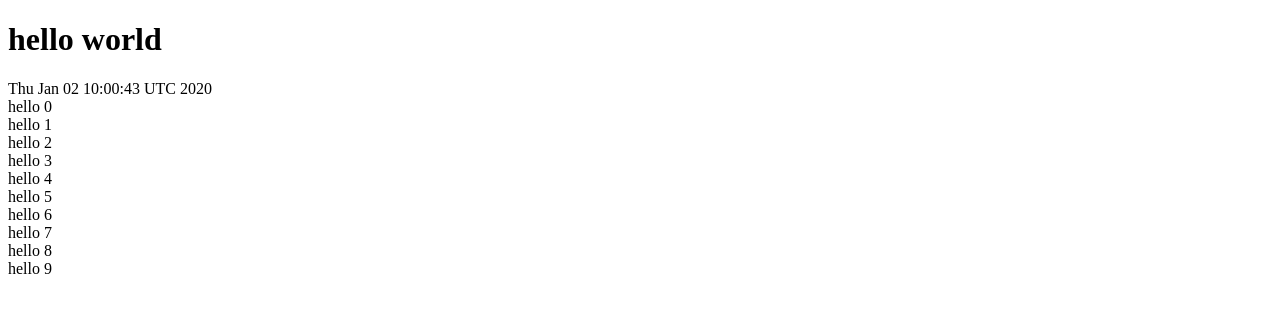
Repository: teddyruppin/GitFormateur
Page: http://localhost/JSP01/
An editor plug-in stored every save of this project. The page is shown before and after the next save, followed by the edit.
The browser window is 1280 px wide. The pictures show the whole page.
The page is served by Tomcat 9. Other server files are loaded and not shown.

Above is the page before, as saved 2020-01-02 10:34:32.

### src/projpoo1/JSP01/WebContent/index.jsp
<%@ page language="java" contentType="text/html; charset=ISO-8859-1"
    pageEncoding="ISO-8859-1"%>
    <%@ page import="java.util.Date" %>
<!DOCTYPE html>
<html>
<head>
<meta charset="ISO-8859-1">
<title>page welcome JSP01</title>
</head>
<body>
	<h1> hello world </h1>
	<p> <%= new Date() %> <br/>

	<%

	for(int i=0;i<10;i++)
		out.append("hello " + i + "<br/>");

	%>
</body>
</html>

After the next save:
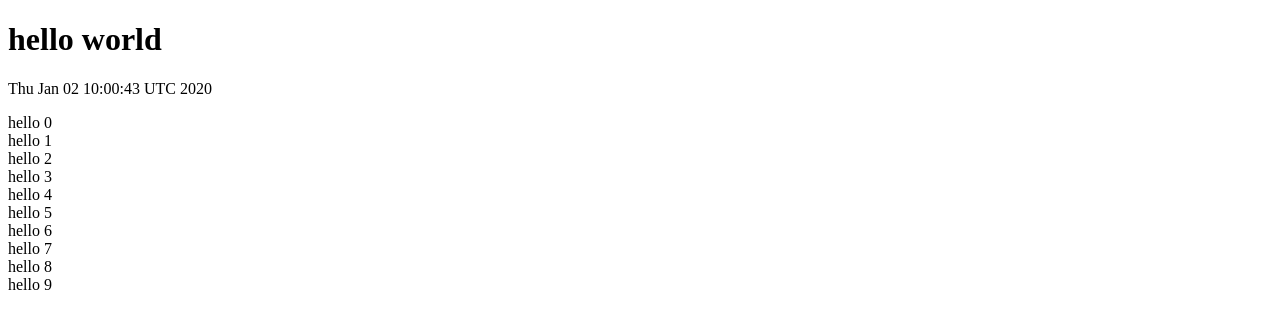
Saved 25 s later.
--- a/src/projpoo1/JSP01/WebContent/index.jsp
+++ b/src/projpoo1/JSP01/WebContent/index.jsp
@@ -9,7 +9,7 @@
 </head>
 <body>
 	<h1> hello world </h1>
-	<p> <%= new Date() %> <br/>
+	<p> <%= new Date() %> </p>
 
 	<%
 
